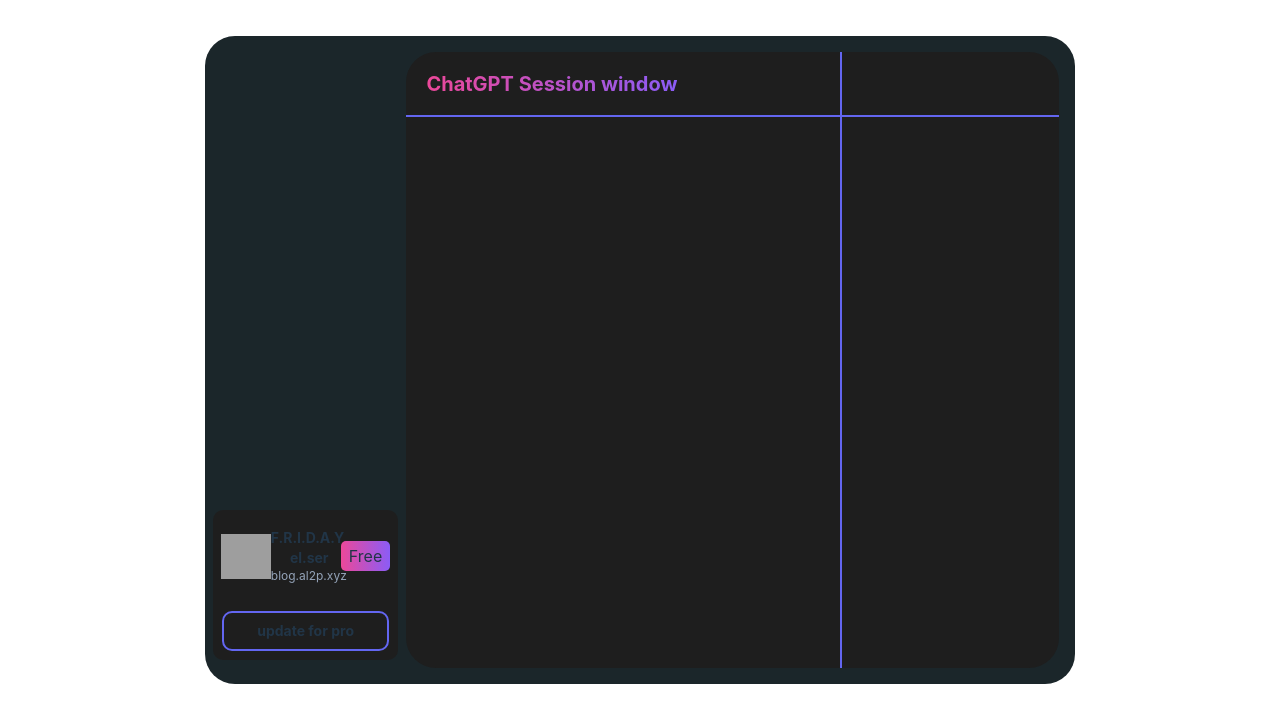
Repository: yezhonghu0503/chatgpt-vue-lac
Page: /
An editor plug-in stored every save of this project. The page is shown before and after the next save, followed by the edit.
The browser window is 1280 px wide. The pictures show the whole page.
Pictures or frames that could not be fetched are drawn as grey boxes. The project was rebuilt for these pictures with package versions that can differ from the ones it lists, and the page was loaded fresh each time. Also part of the build but not shown: vite.config.ts.

Above is the page before, as saved 2023-05-18 15:48:55.

### src/style.css
@tailwind base;
@tailwind components;
@tailwind utilities;

:root {
  font-family: Inter, system-ui, Avenir, Helvetica, Arial, sans-serif;
  line-height: 1.5;
  font-weight: 400;

  color-scheme: light dark;
  color: rgba(255, 255, 255, 0.87);
  /* background-color: #242424; */
  background-color: rgb(21, 21, 21);

  font-synthesis: none;
  text-rendering: optimizeLegibility;
  -webkit-font-smoothing: antialiased;
  -moz-osx-font-smoothing: grayscale;
  -webkit-text-size-adjust: 100%;
}

a {
  font-weight: 500;
  color: #646cff;
  text-decoration: inherit;
}

a:hover {
  color: #535bf2;
}

body {
  margin: 0;
  display: flex;
  place-items: center;
  min-width: 320px;
  min-height: 100vh;
}

h1 {
  font-size: 3.2em;
  line-height: 1.1;
}

button {
  border-radius: 8px;
  border: 1px solid transparent;
  padding: 0.6em 1.2em;
  font-size: 1em;
  font-weight: 500;
  font-family: inherit;
  background-color: #1a1a1a;
  cursor: pointer;
  transition: border-color 0.25s;
}

button:hover {
  border-color: #646cff;
}

button:focus,
button:focus-visible {
  outline: 4px auto -webkit-focus-ring-color;
}

.card {
  padding: 2em;
}

#app {
  max-width: 1280px;
  margin: 0 auto;
  padding: 2rem;
  text-align: center;
}

@media (prefers-color-scheme: light) {
  :root {
    color: #213547;
    background-color: #ffffff;
  }

  a:hover {
    color: #747bff;
  }

  button {
    background-color: #f9f9f9;
  }
}

### src/App.vue
<script setup lang="ts">
import chat from './pages/chat.vue';
</script>

<template>
  <chat />
</template>

<style scoped></style>

### src/pages/chat.vue
<template>
    <div class="w-[68vw] h-[90vh] bg-rg-chat-border rounded-[30px] flex justify-end p-4 pl-0">
        <chatMenu />
        <chatMain />

    </div>
</template>
<script lang="ts" setup>
import chatMain from '../components/chat-main/chatMain.vue';
import chatMenu from '../components/chat-menu/chatMenu.vue'
</script>
<style lang="less" scoped></style>

### src/components/chat-main/chatMain.vue
<template>
  <div class="w-[51vw] h-[100%] bg-rg-chat rounded-[30px] flex">
    <div class="w-[34vw] h-[100%] border-r-2 border-indigo-500">
      <div
        class="w-[100%] h-[65px] border-b-2 border-indigo-500 flex justify-start items-center p-5"
      >
        <span
          class="text-xl font-bold text-transparent bg-clip-text bg-gradient-to-r from-pink-500 to-violet-500"
          >ChatGPT Session window</span
        >
      </div>
    </div>
    <div class="w-[17vw] h-[65px] border-b-2 border-indigo-500"></div>
  </div>
</template>

<script lang="ts" setup></script>

<style lang="sass" scoped></style>

### src/components/chat-menu/chatMenu.vue
<template>
  <div class="w-[17vw] h-[100%] flex justify-center items-end p-2">
    <div
      class="w-[100%] h-[150px] bg-rg-chat flex flex-col justify-around items-center rounded-[10px]"
    >
      <div class="w-[100%] h-[75px] flex justify-between items-center p-2">
        <div class="flex items-center">
          <img
            class="w-[50px] h-[45px]"
            src="https://blog.al2p.xyz/upload/laclogo.png"
          />
          <div class="flex flex-col items-start">
            <div class="text-sm font-bold">F.R.I.D.A.Y. el.ser</div>
            <div class="text-xs text-slate-400">blog.al2p.xyz</div>
          </div>
        </div>
        <div
          class="flex justify-center rounded-[5px] items-center w-[70px] h-[30px] bg-gradient-to-r from-pink-500 to-violet-500"
        >
          Free
        </div>
      </div>
      <div
        class="text-sm flex items-center justify-center w-[13vw] h-[40px] rounded-[10px] border-2 border-indigo-500 font-bold"
      >
        update for pro
      </div>
    </div>
  </div>
</template>

<script lang="ts" setup></script>

<style lang="less" scoped></style>

### tailwind.config.js
/** @type {import('tailwindcss').Config} */
export default {
  content: [
    "./index.html",
    "./src/**/*.{vue,js,ts,jsx,tsx}",
  ],
  theme: {
    extend: {
      colors: {
        'rg-chat': 'rgb(30,30,30)',
        'rg-chat-border': 'rgb(27,38,42)'
      }
    }
  },
  plugins: [],
}

Loaded but not shown: index.html (common file); src/main.ts (common file)

After the next save:
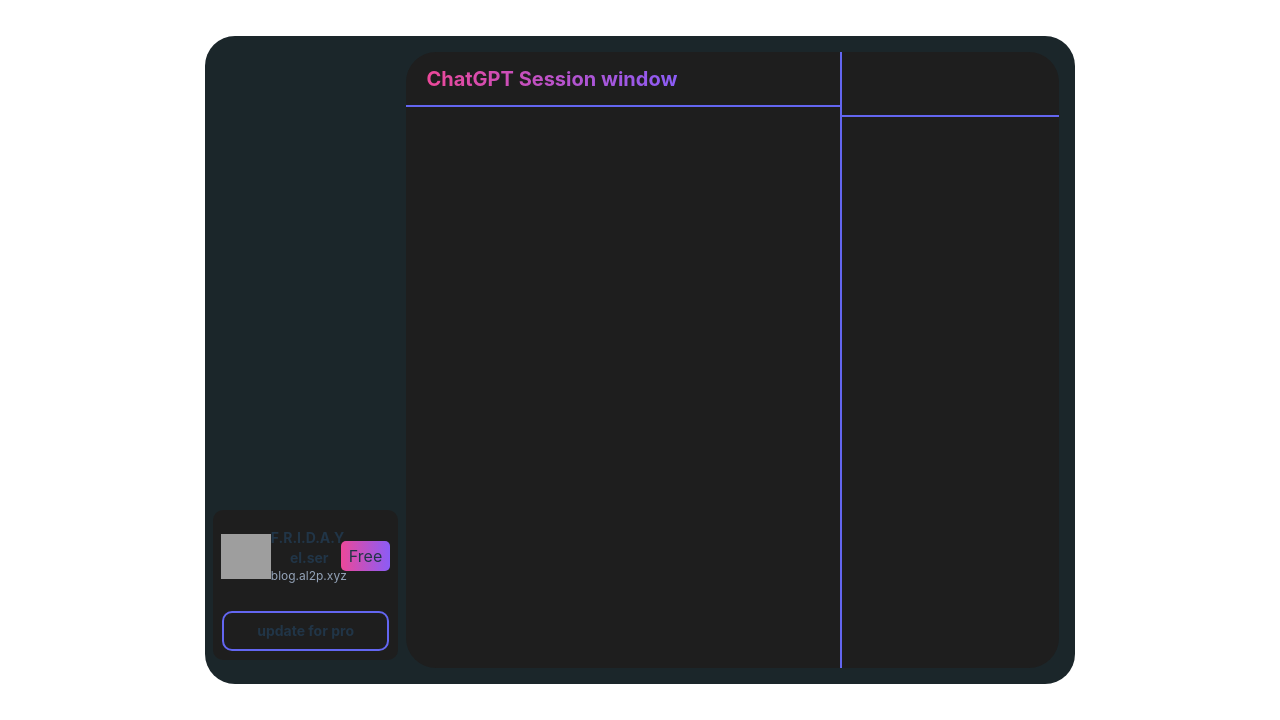
Saved 13 s later.
--- a/src/components/chat-main/chatMain.vue
+++ b/src/components/chat-main/chatMain.vue
@@ -2,7 +2,7 @@
   <div class="w-[51vw] h-[100%] bg-rg-chat rounded-[30px] flex">
     <div class="w-[34vw] h-[100%] border-r-2 border-indigo-500">
       <div
-        class="w-[100%] h-[65px] border-b-2 border-indigo-500 flex justify-start items-center p-5"
+        class="w-[100%] h-[55px] border-b-2 border-indigo-500 flex justify-start items-center p-5"
       >
         <span
           class="text-xl font-bold text-transparent bg-clip-text bg-gradient-to-r from-pink-500 to-violet-500"
